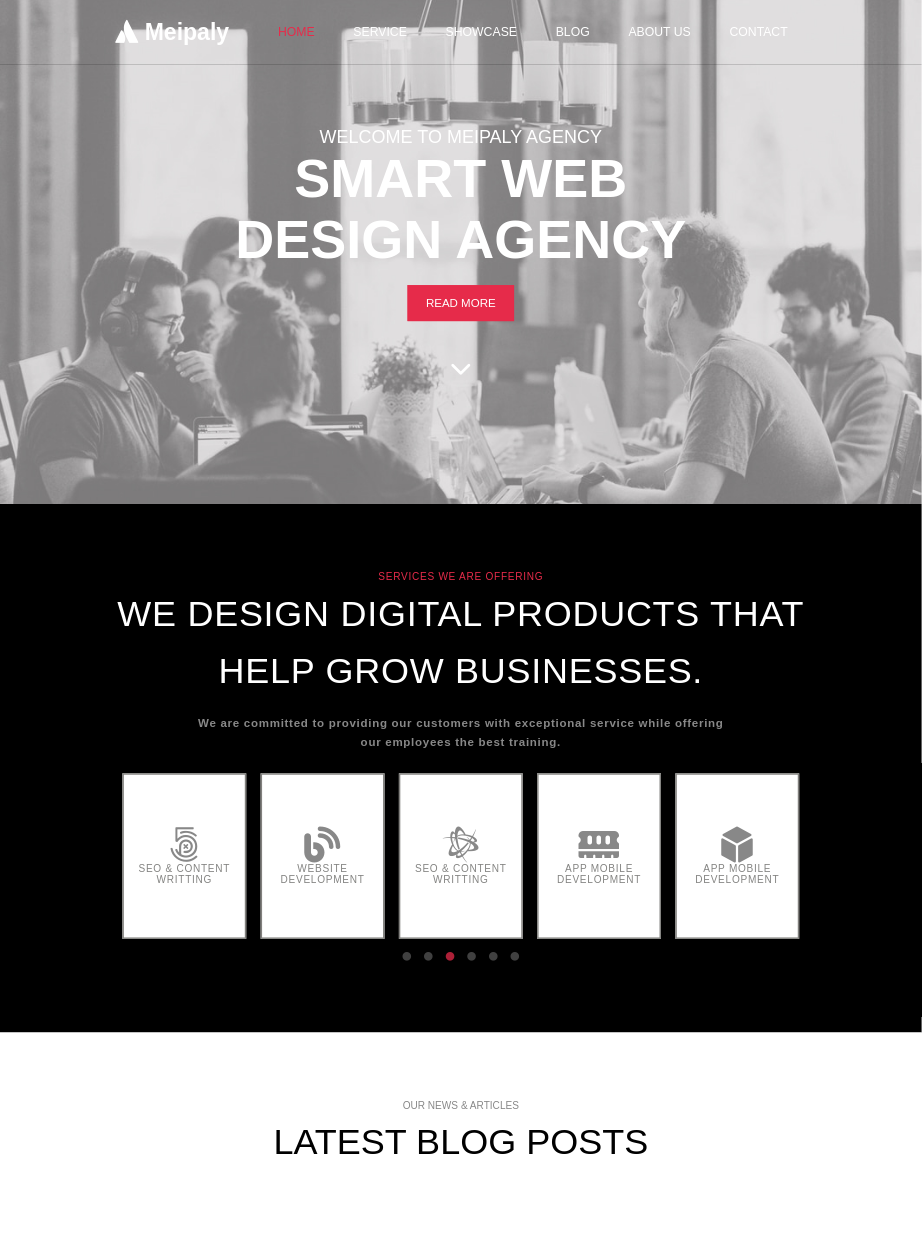
Repository: tudo1611/BC44_HTML5-CSS3_B6_MAIPALY_DO-TRUNG-TU
Page: index.html
An editor plug-in stored every save of this project. The page is shown before and after the next save, followed by the edit.
The browser window is 1280 px wide. The pictures show the whole page, at 72% of full size.
Some web fonts or font styles are not loaded; a fallback is used.

Above is the page before, as saved 2023-01-26 22:03:57.

After the next save:
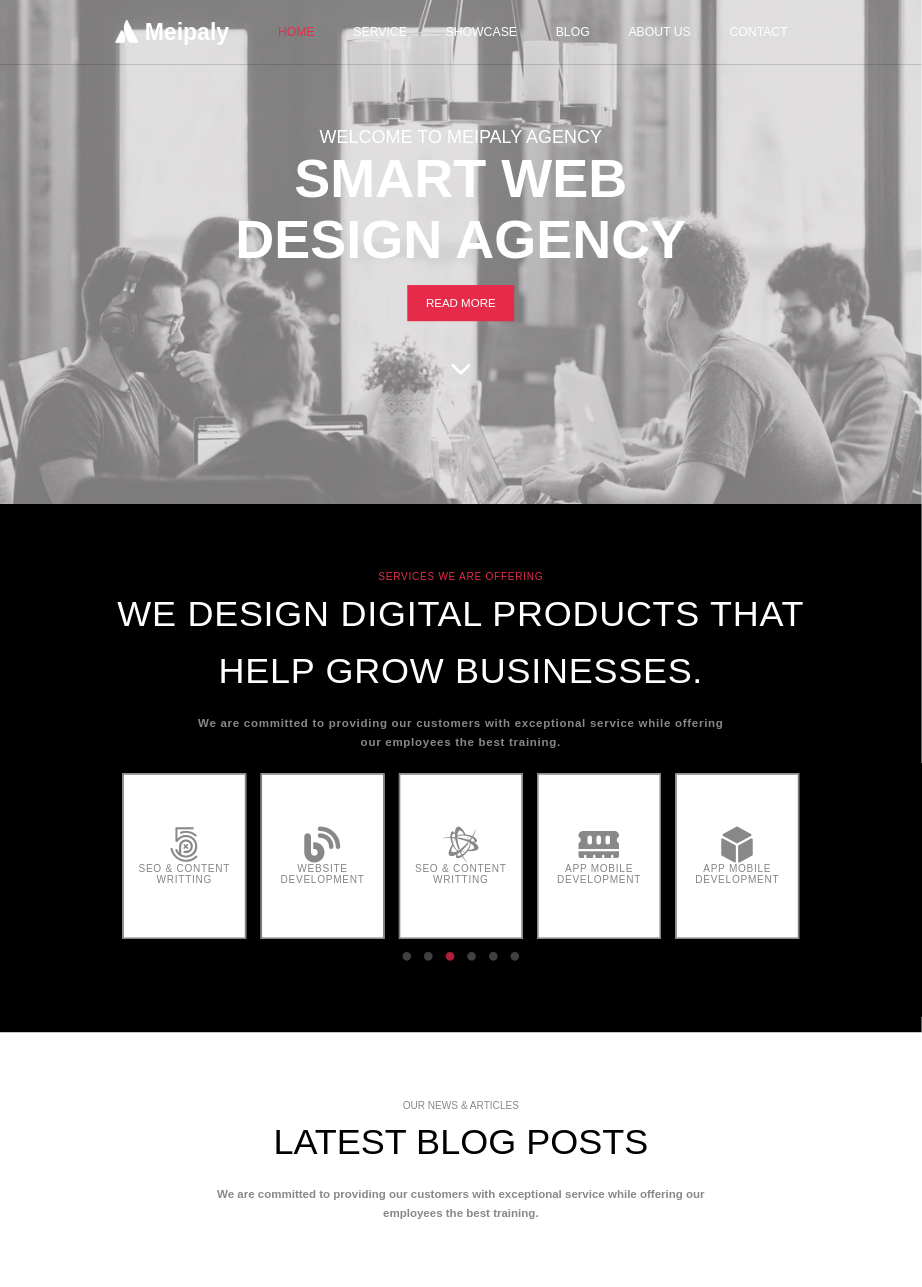
Saved 50 s later.
--- a/css/style.css
+++ b/css/style.css
@@ -111,7 +111,7 @@ header {
   color: #fff;
   font-weight: 400;
 }
-.service .title p:last-of-type {
+.title p:last-of-type {
   font-size: 1.6rem;
   color: #888888;
   font-weight: 700;
